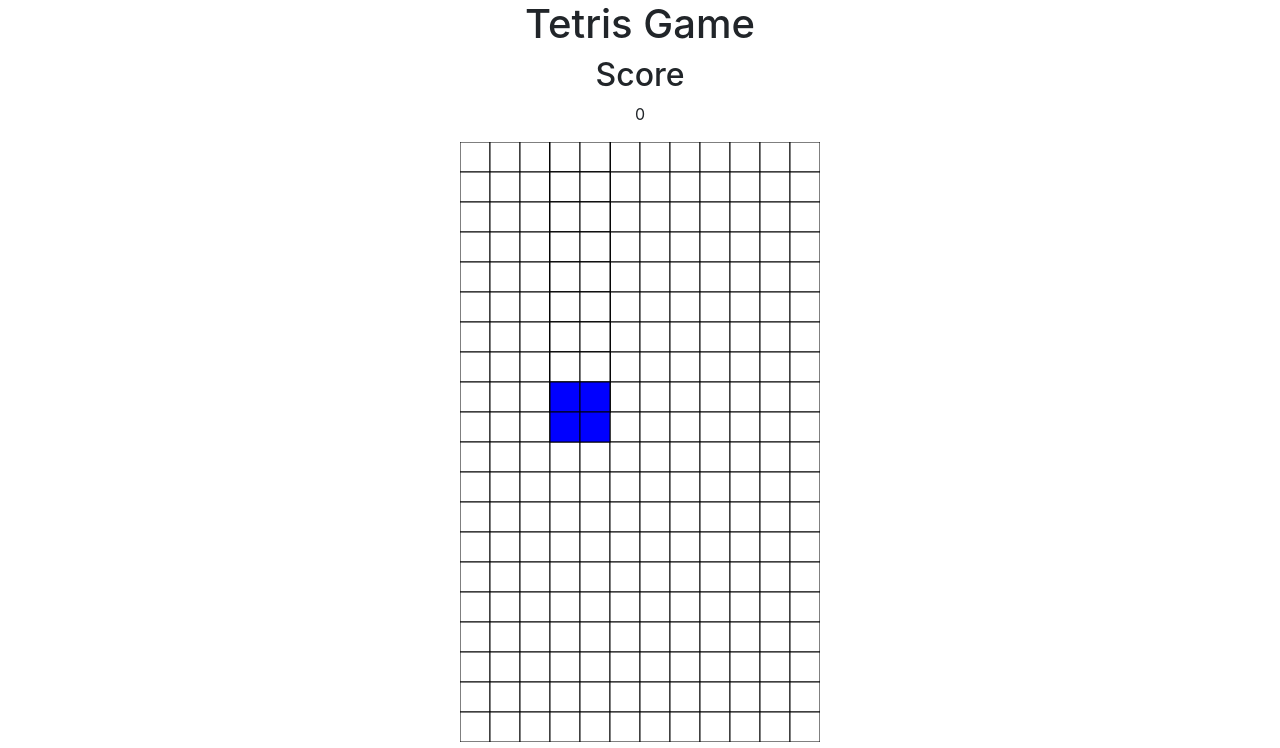
Repository: nlbien22/games
Page: Tetris/index.html
An editor plug-in stored every save of this project. The page is shown before and after the next save, followed by the edit.
The browser window is 1280 px wide. The pictures show the whole page.

Above is the page before, as saved 2024-11-14 22:34:15.

After the next save:
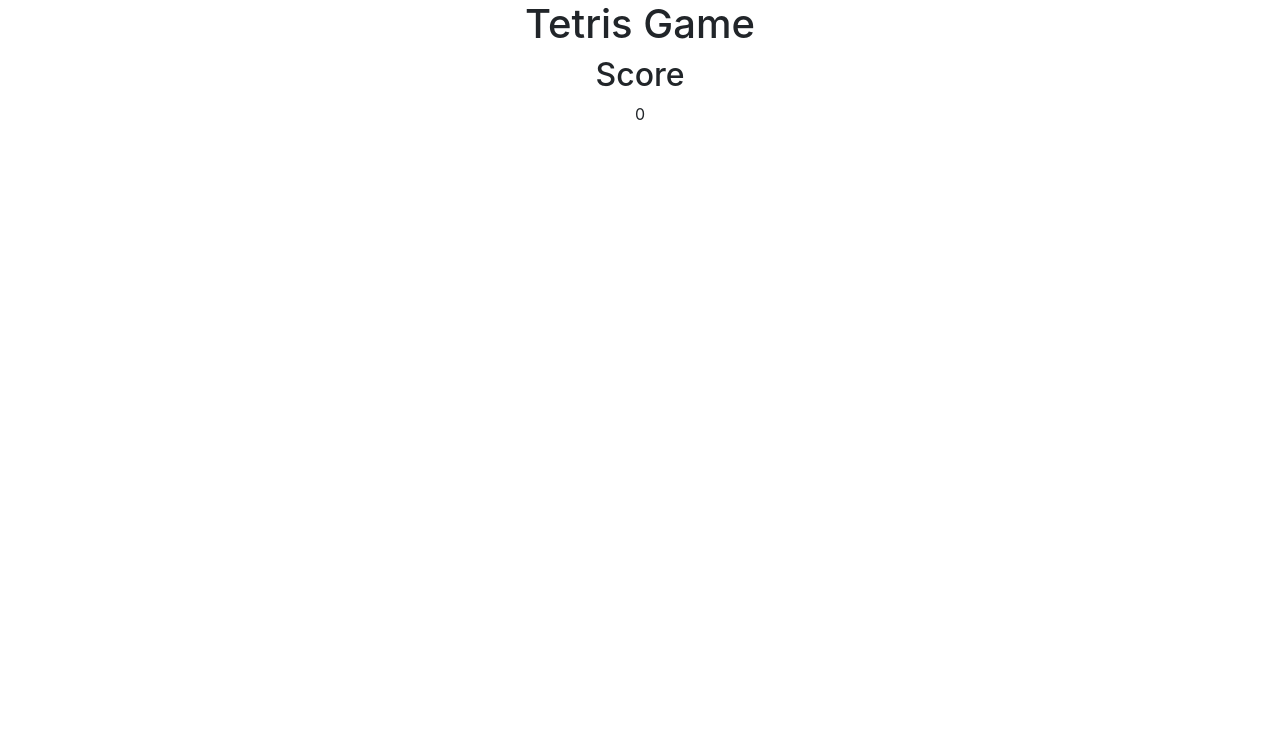
Console error: SyntaxError: Unexpected token '{'
Saved 3 min 9 s later.
--- a/Tetris/script.js
+++ b/Tetris/script.js
@@ -69,7 +69,6 @@
             this.draw();
         } else {
             this.lock();
-            this.deleteRow();
             p = randomPiece();
         }
     }
@@ -154,6 +153,23 @@
                 }
 
                 board[this.y + r][this.x + c] = this.color;
+
+                for (let r = 0; r < ROW; r++) {
+                    let isRowFull = true;
+                    for (let c = 0; c < COL; c++) {
+                        isRowFull = isRowFull && (board[r][c] !== COLOR);
+                    }
+
+                    if (isRowFull) {
+                        for (let y = r; y > 1; y--) {
+                            for (let c = 0; c < COL; c++) {
+                                board[y][c] = board[y - 1][c];
+                            }
+                        }
+
+                        for (let c = 0; c < COL; c++) {
+                            board[0][c] = COLOR;
+                        }
             }
         }
     }

After the save that followed:
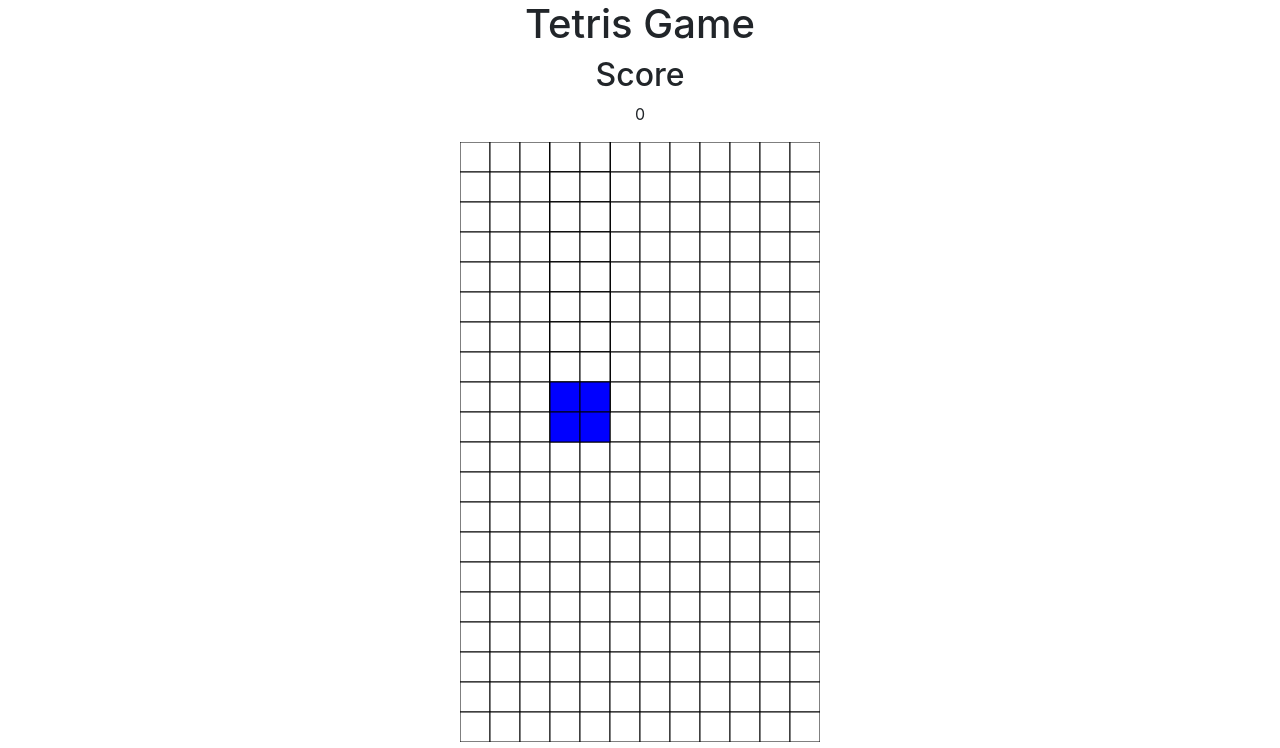
The error is gone.
Saved 86 s later.
--- a/Tetris/script.js
+++ b/Tetris/script.js
@@ -6,6 +6,7 @@
 const SQ = 30;
 const COLOR = 'WHITE';
 let board = [];
+let score = 0;
 
 function drawSquare(x, y, color) {
     context.fillStyle = color;
@@ -170,28 +171,11 @@
                         for (let c = 0; c < COL; c++) {
                             board[0][c] = COLOR;
                         }
-            }
-        }
-    }
-
-    // delete col when row is full
-    deleteRow() {
-        for (let r = 0; r < ROW; r++) {
-            let isRowFull = true;
-            for (let c = 0; c < COL; c++) {
-                isRowFull = isRowFull && (board[r][c] !== COLOR);
-            }
-
-            if (isRowFull) {
-                for (let y = r; y > 1; y--) {
-                    for (let c = 0; c < COL; c++) {
-                        board[y][c] = board[y - 1][c];
+                        score += 10;
                     }
                 }
 
-                for (let c = 0; c < COL; c++) {
-                    board[0][c] = COLOR;
-                }
+                drawBoard();
             }
         }
     }
